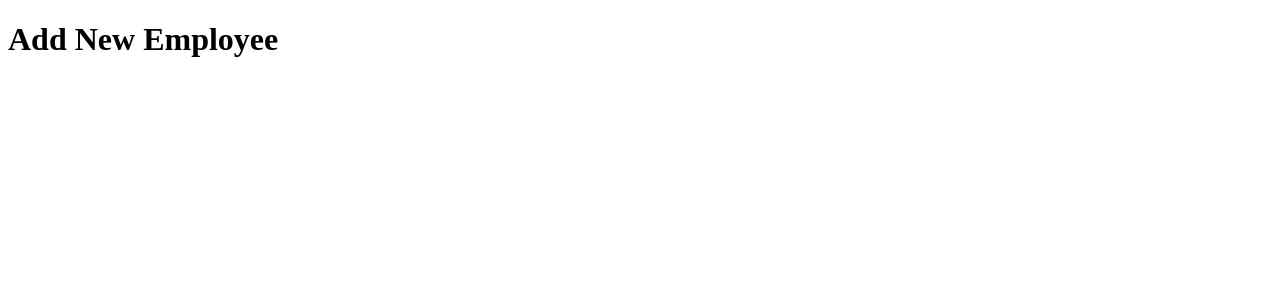
Repository: Kamleshmaury/CoreJava
Page: Crud_App/src/main/webapp/index.html
These files come from the project's save history. The page is drawn as it stood at one moment and after the next save; the edit follows.
The browser window is 1280 px wide. The pictures show the whole page.

Above is the page before, as saved 2022-10-18 05:33:28.

After the next save:
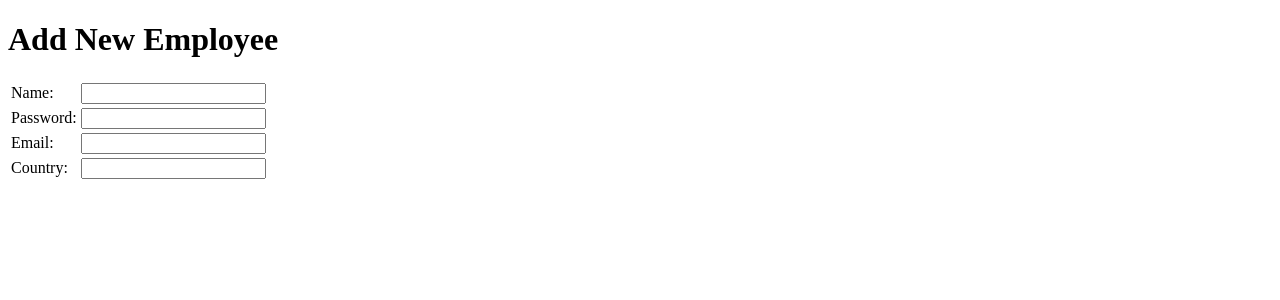
Saved 90 s later.
--- a/Crud_App/src/main/webapp/index.html
+++ b/Crud_App/src/main/webapp/index.html
@@ -7,7 +7,12 @@
 <body>
 	<h1>Add New Employee</h1>
 	<form action="SaveServlet" method="post">
-
+		<table>
+			<tr><td>Name:</td><td><input type="text" name="name"/></td></tr>
+			<tr><td>Password:</td><td><input type="text" name="name"/></td></tr>
+			<tr><td>Email:</td><td><input type="text" name="name"/></td></tr>
+			<tr><td>Country:</td><td><input type="text" name="name"/></td></tr>
+		</table>
 
 	</form>
 </body>
